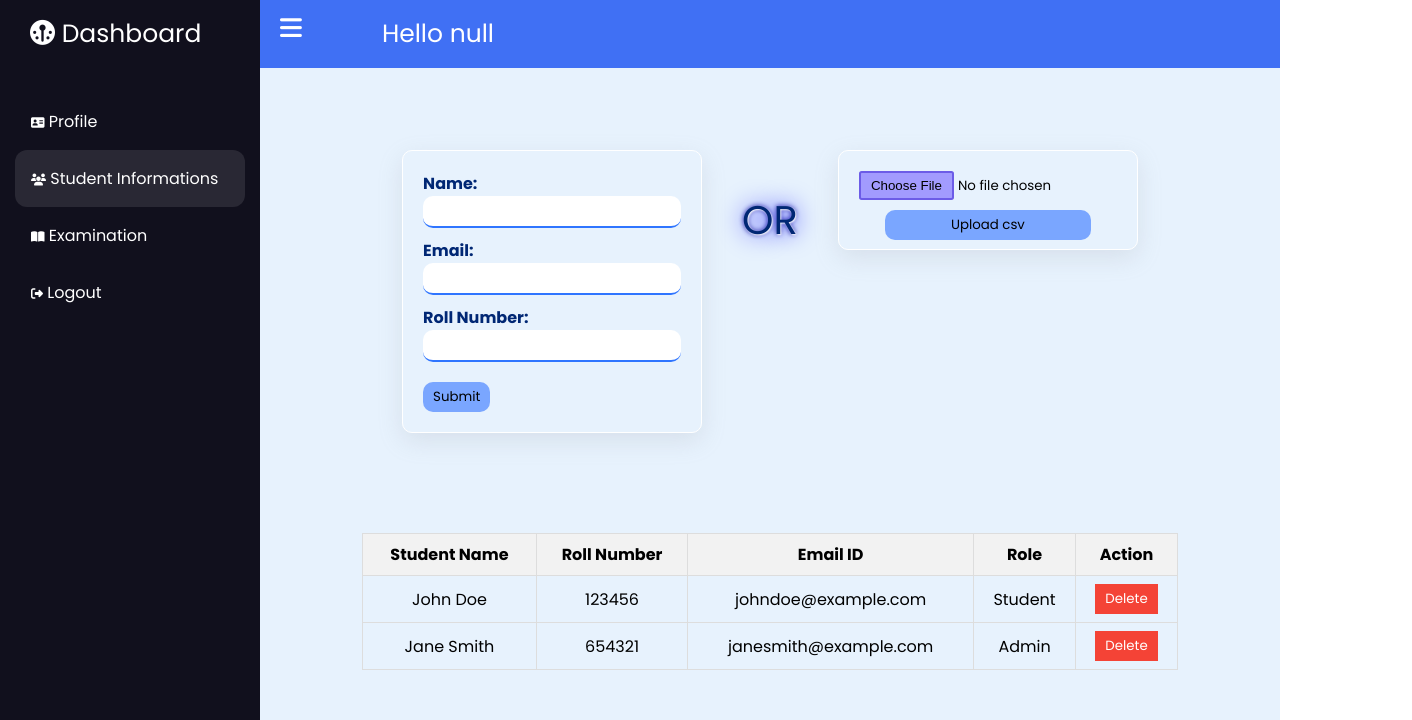
Repository: Buddhadip/ExamPortalApp_struts
Page: http://localhost/ExamWizard/WEB-INF/views/addStudent.jsp
An editor plug-in stored every save of this project. The page is shown before and after the next save, followed by the edit.
The browser window is 1280 px wide. The page is 1280 px wide, then 1412 px, so the pictures cover 1412 px, including what lies to the right of the window. The pictures show the whole page.
The page is served by Tomcat 9. Nobody is signed in. The template is opened directly, without the code that normally fills it, so the values that code supplies are empty.

Above is the page before, as saved 2023-07-14 09:42:55.

After the next save:
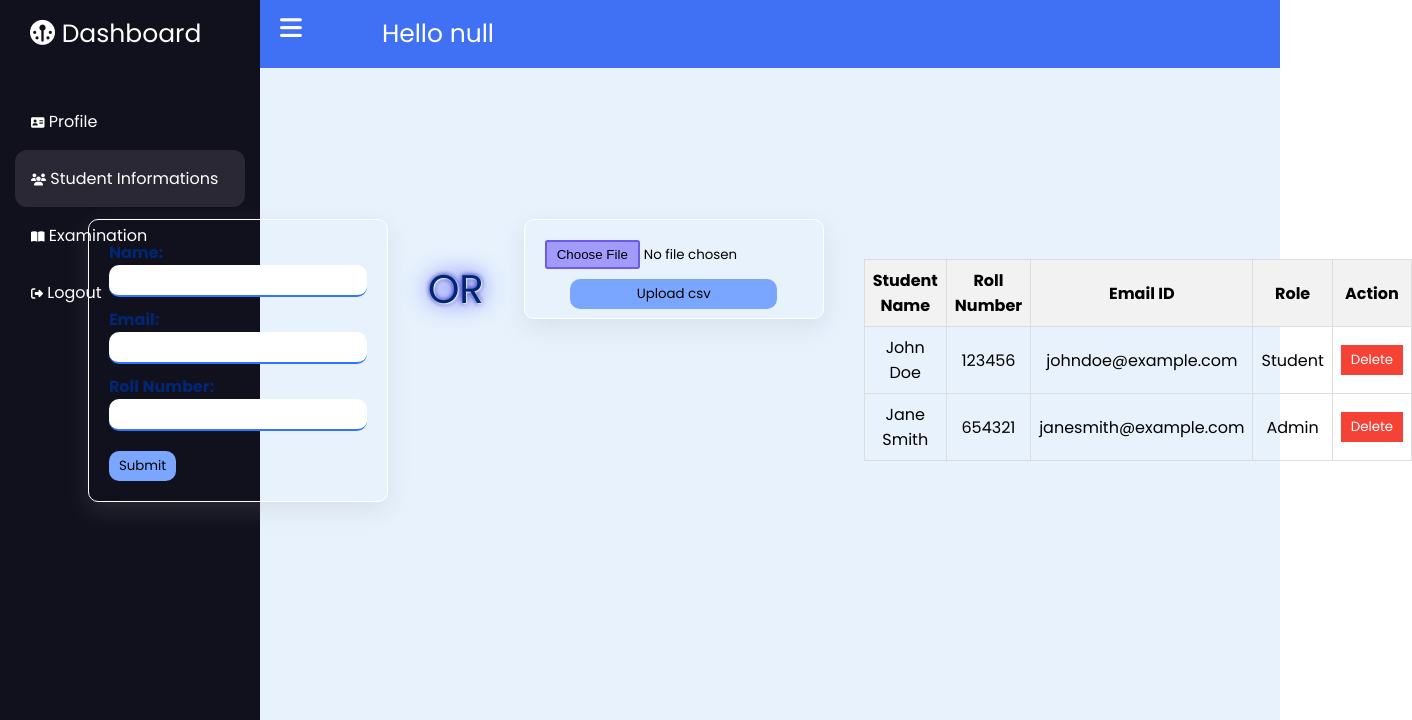
Saved 37 s later.
--- a/ExamWizard/src/main/webapp/public/styles/addStudent.css
+++ b/ExamWizard/src/main/webapp/public/styles/addStudent.css
@@ -1,139 +1,3 @@
-@charset "ISO-8859-1";
-@charset "UTF-8";
-/* Import Google font - Poppins */
-@import url("https://fonts.googleapis.com/css2?family=Poppins:wght@200;300;400;500;600;700&display=swap");
-* {
-  margin: 0;
-  padding: 0;
-  box-sizing: border-box;
-  font-family: "Poppins", sans-serif;
-}
-.sidebar {
-  position: fixed;
-  height: 100%;
-  width: 260px;
-  background: #11101d;
-  padding: 15px;
-  z-index: 99;
-}
-.logo {
-  font-size: 25px;
-  padding: 0 15px;
-}
-.sidebar a {
-  color: #fff;
-  text-decoration: none;
-}
-.menu-content {
-  position: relative;
-  height: 100%;
-  width: 100%;
-  margin-top: 40px;
-  overflow-y: scroll;
-}
-.menu-content::-webkit-scrollbar {
-  display: none;
-}
-.menu-items {
-  height: 100%;
-  width: 100%;
-  list-style: none;
-  transition: all 0.4s ease;
-}
-.submenu-active .menu-items {
-  transform: translateX(-56%);
-}
-.item a,
-.submenu-item {
-  padding: 16px;
-  display: inline-block;
-  width: 100%;
-  border-radius: 12px;
-}
-.item i {
-  font-size: 12px;
-}
-.item a:hover,
-.submenu-item:hover,
-.submenu .menu-title:hover ,
-.selected-item {
-  background: rgba(255, 255, 255, 0.1);
-  border-radius: 12px;
-}
-.submenu-item {
-  display: flex;
-  justify-content: space-between;
-  align-items: center;
-  color: #fff;
-  cursor: pointer;
-}
-.submenu {
-  position: absolute;
-  height: 100%;
-  width: 100%;
-  top: 0;
-  right: calc(-100% - 26px);
-  height: calc(100% + 100vh);
-  background: #11101d;
-  display: none;
-}
-.show-submenu ~ .submenu {
-  display: block;
-}
-.submenu .menu-title {
-  border-radius: 12px;
-  cursor: pointer;
-}
-.submenu .menu-title i {
-  margin-right: 10px;
-}
-.navbar,
-.main {
-  left: 260px;
-  width: calc(100% - 260px);
-  transition: all 0.5s ease;
-  z-index: 1000;
-}
-.sidebar.close ~ .navbar,
-.sidebar.close ~ .main {
-  left: 0;
-  width: 100%;
-}
-.navbar {
-  position: fixed;
-  color: #fff;
-  padding: 15px 20px;
-  font-size: 25px;
-  background: #4070f4;
-  cursor: pointer;
-  display:flex;
-  flex-direction:row;
-
-}
-
-.navbar .hellotext{
-  margin-left:80px;
-
-}
-.navbar #sidebar-close {
-  cursor: pointer;
-}
-.main {
-  position: relative;
-  display: flex;
-  align-items: center;
-  justify-content: center;
-  height: 100vh;
-  z-index: 100;
-  background: #e7f2fd;
-  flex-direction: column;
-  padding-top: 200px;
-}
-.main h1 {
-  color: #11101d;
-  font-size: 40px;
-  text-align: center;
-}
 
 
 .uploader{
